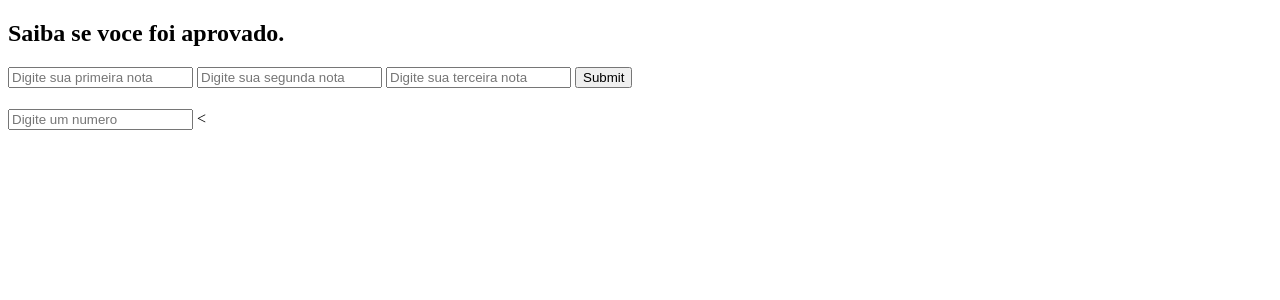
Repository: analessp/logica1
Page: index.html
These files come from the project's save history. The page is drawn as it stood at one moment and after the next save; the edit follows.
The browser window is 1280 px wide. The pictures show the whole page.

Above is the page before, as saved 2025-04-30 09:24:58.
Console error: SyntaxError: Identifier 'nota1' has already been declared

After the next save:
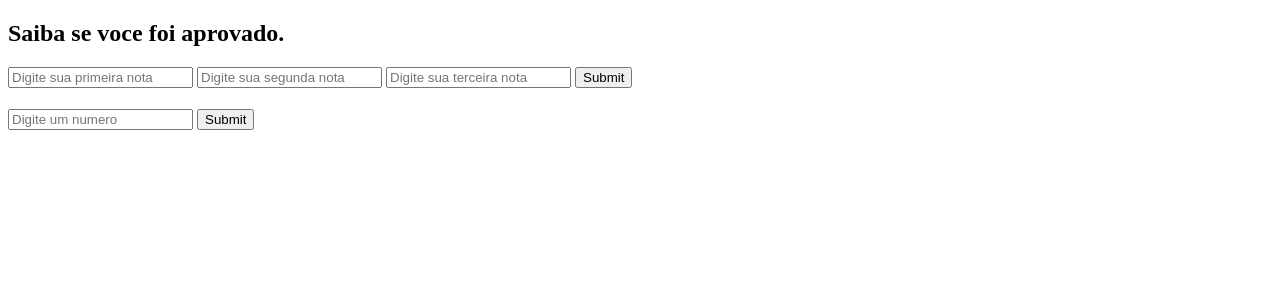
Saved 7 s later.
--- a/index.html
+++ b/index.html
@@ -16,7 +16,7 @@
 </div>
 <div>
     <input type="number" id="numeroInpunt" placeholder="Digite um numero">
-    <
+    <input type="submit"
 </div>
     <script src="app.js"></script>
 </body>
